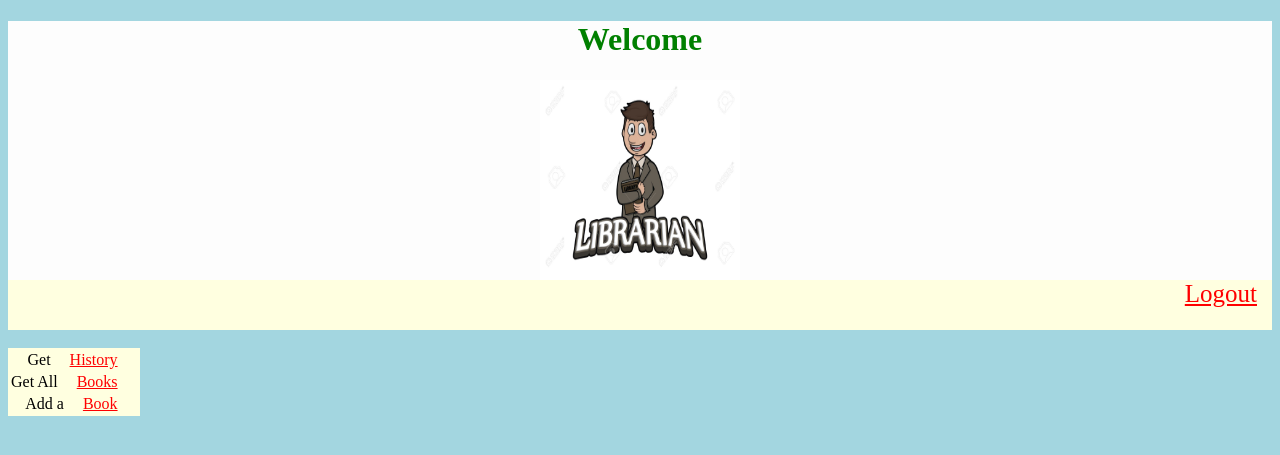
Repository: prashantvadlamani/Library-Management-System
Page: http://localhost/project/librarian.jsp
These files come from the project's save history. The page is drawn as it stood at one moment and after the next save; the edit follows.
The browser window is 1280 px wide. The pictures show the whole page.
The page is served by Tomcat 9.

Above is the page before, as saved 2018-08-23 06:05:59.

After the next save:
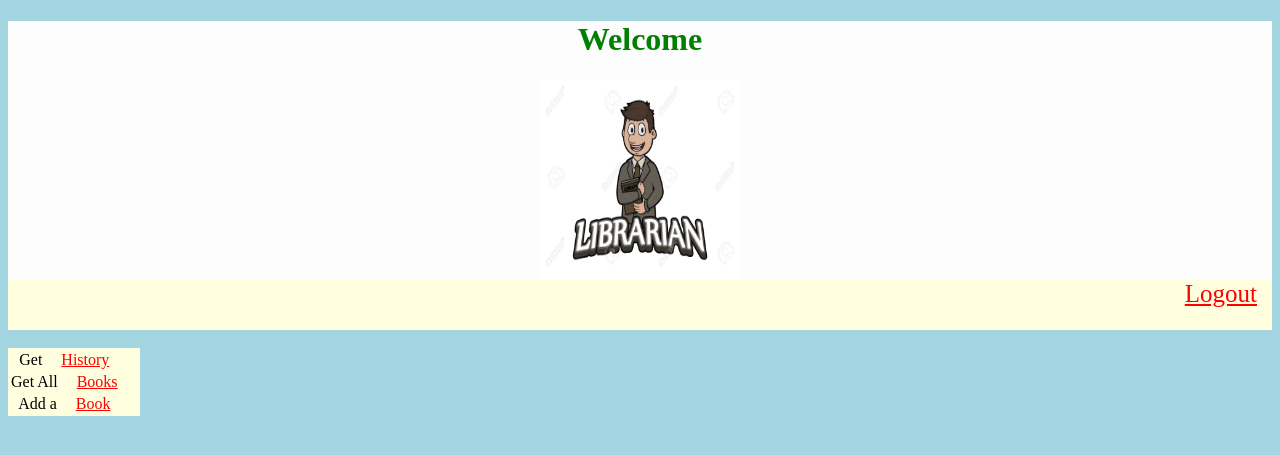
Saved 7 s later.
--- a/project/WebContent/librarian.jsp
+++ b/project/WebContent/librarian.jsp
@@ -31,7 +31,7 @@
 	}
 	table{
 		background-color: lightyellow;
-		text-align: right;
+		text-align: center;
 	}
 </style>
 </head>
